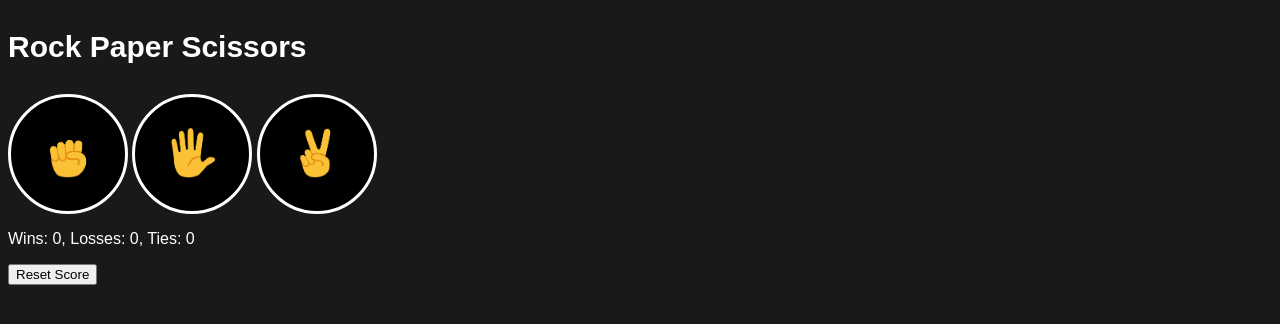
Repository: Samkiroko/Javascript-course
Page: 10-rock-paper-scissior.html
These files come from the project's save history. The page is drawn as it stood at one moment and after the next save; the edit follows.
The browser window is 1280 px wide. The pictures show the whole page.

Above is the page before, as saved 2023-08-28 11:26:42.

### 10-rock-paper-scissior.html
<!DOCTYPE html>
<html>
  <head>
    <title>Rock Paper Scissors</title>
    <style>
      body {
        background-color: #191919;
        color: white;
        font-family: sans-serif;
      }
      .title {
        font-size: 30px;
        font-weight: bold;
      }
      .move-icon {
        height: 50px;
      }
      .move-button {
        border: 3px solid white;
        background-color: black;
        width: 120px;
        height: 120px;
        border-radius: 60%;
      }
    </style>
  </head>
  <body>
    <p class="title">Rock Paper Scissors</p>
    <button
      onclick="
      playGame('rock');
    "
      class="move-button"
    >
      <img src="/img/rock-emoji.png" alt="Rock" srcset="" class="move-icon" />
    </button>

    <button
      onclick="
      playGame('paper');
    "
      class="move-button"
    >
      <img src="/img/paper-emoji.png" alt="paper" class="move-icon" />
    </button>

    <button
      onclick="
      playGame('scissors');
    "
      class="move-button"
    >
      <img src="/img/scissors-emoji.png" alt="Scissors" class="move-icon" />
    </button>
    <p class="js-result"></p>
    <p class="js-moves"></p>
    <p class="js-score"></p>

    <button
      onclick="
      score.wins = 0;
      score.losses = 0;
      score.ties = 0;
      localStorage.removeItem('score');
      updateScoreElement();
    "
    >
      Reset Score
    </button>

    <script>
      let score = JSON.parse(localStorage.getItem('score')) || {
        wins: 0,
        losses: 0,
        ties: 0,
      };

      updateScoreElement();

      /*
      if (!score) {
        score = {
          wins: 0,
          losses: 0,
          ties: 0
        };
      }
      */

      function playGame(playerMove) {
        const computerMove = pickComputerMove();

        let result = '';

        if (playerMove === 'scissors') {
          if (computerMove === 'rock') {
            result = 'You lose.';
          } else if (computerMove === 'paper') {
            result = 'You win.';
          } else if (computerMove === 'scissors') {
            result = 'Tie.';
          }
        } else if (playerMove === 'paper') {
          if (computerMove === 'rock') {
            result = 'You win.';
          } else if (computerMove === 'paper') {
            result = 'Tie.';
          } else if (computerMove === 'scissors') {
            result = 'You lose.';
          }
        } else if (playerMove === 'rock') {
          if (computerMove === 'rock') {
            result = 'Tie.';
          } else if (computerMove === 'paper') {
            result = 'You lose.';
          } else if (computerMove === 'scissors') {
            result = 'You win.';
          }
        }

        if (result === 'You win.') {
          score.wins += 1;
        } else if (result === 'You lose.') {
          score.losses += 1;
        } else if (result === 'Tie.') {
          score.ties += 1;
        }

        localStorage.setItem('score', JSON.stringify(score));

        updateScoreElement();

        document.querySelector('.js-result').innerHTML = result;
        document.querySelector(
          '.js-moves'
        ).innerHTML = `You picked ${playerMove} - Computer picked ${computerMove}.`;
      }

      function updateScoreElement() {
        document.querySelector(
          '.js-score'
        ).innerHTML = `Wins: ${score.wins}, Losses: ${score.losses}, Ties: ${score.ties}`;
      }

      function pickComputerMove() {
        const randomNumber = Math.random();

        let computerMove = '';

        if (randomNumber >= 0 && randomNumber < 1 / 3) {
          computerMove = 'rock';
        } else if (randomNumber >= 1 / 3 && randomNumber < 2 / 3) {
          computerMove = 'paper';
        } else if (randomNumber >= 2 / 3 && randomNumber < 1) {
          computerMove = 'scissors';
        }

        return computerMove;
      }
    </script>
  </body>
</html>

After the next save:
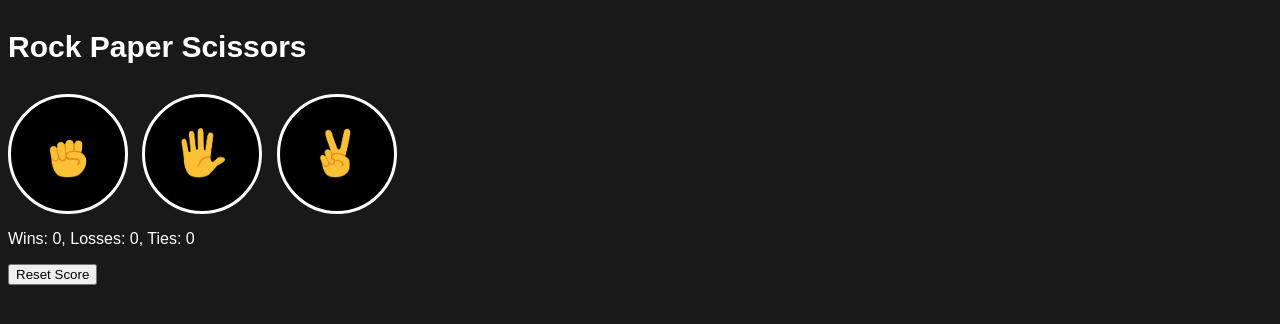
Saved 20 s later.
--- a/10-rock-paper-scissior.html
+++ b/10-rock-paper-scissior.html
@@ -21,6 +21,7 @@
         width: 120px;
         height: 120px;
         border-radius: 60%;
+        margin-right: 10px;
       }
     </style>
   </head>
